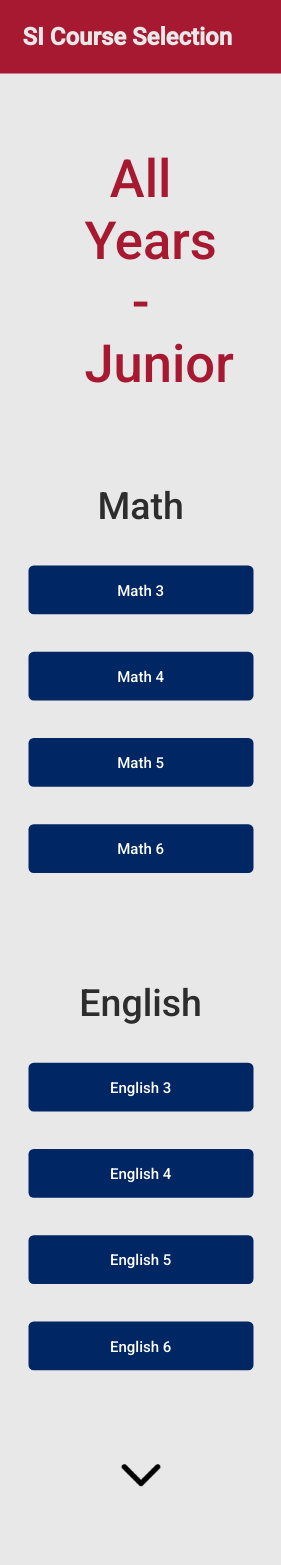
Repository: BuddyBob/si_course_selection
Page: /#/yearFour
These files come from the project's save history. The page is drawn as it stood at one moment and after the next save; the edit follows.
The browser window is 375 px wide. The pictures show the whole page, at 75% of full size.
The project was rebuilt for these pictures with package versions that can differ from the ones it lists, and the page was loaded fresh each time. Also part of the build but not shown: src/components/CurrentYear.js, src/getLocalStorage.js, src/Home.js, src/components/AllYears/YearOne.js, src/components/AllYears/YearThree.js, src/components/AllYears/YearTwo.js.

Above is the page before, as saved 2023-01-04 09:24:50.

### public/index.html
<!DOCTYPE html>
<html lang="en">
  <head>
    <meta charset="utf-8" />
    <link rel="icon" href="%PUBLIC_URL%/favicon.ico" />
    <meta name="viewport" content="width=device-width, initial-scale=1" />
    <meta name="theme-color" content="#000000" />
    <meta
      name="description"
      content="Web site created using create-react-app"
    />
    <link rel="apple-touch-icon" href="%PUBLIC_URL%/logo192.png" />
    <link rel="manifest" href="%PUBLIC_URL%/manifest.json" />

    <link rel="preconnect" href="https://fonts.googleapis.com">
    <link rel="preconnect" href="https://fonts.gstatic.com" crossorigin>
    <link href="https://fonts.googleapis.com/css2?family=Open+Sans:wght@300;400&family=Roboto:wght@500&display=swap" rel="stylesheet">
    <title>React App</title>
  </head>
  <body>
    <noscript>You need to enable JavaScript to run this app.</noscript>
    <div id="root"></div>

  </body>
</html>

### src/index.js
import App from './App';
import React from 'react';
import ReactDOM from 'react-dom';
import { HashRouter as Router } from 'react-router-dom';

ReactDOM.render(<Router>< App /></Router>, document.getElementById("root"));

### src/App.js
import './index.css'

import {
    Route,
    Routes,
} from "react-router-dom";

import CurrentYear from "./components/CurrentYear";
import Home from "./Home";
import YearFour from "./components/AllYears/YearFour";
import YearOne from "./components/AllYears/YearOne";
import YearThree from "./components/AllYears/YearThree";
import YearTwo from "./components/AllYears/YearTwo";

export default function App() {
    return (
          <Routes>
            <Route  exact path='/' element={<Home/>} />
            <Route  exact path='/currentYear' element={<CurrentYear/>} />
            <Route  exact path='/yearOne' element={<YearOne/>} />
            <Route  exact path='/yearTwo' element={<YearTwo/>} />
            <Route  exact path='/yearThree' element={<YearThree/>} />
            <Route  exact path='/yearFour' element={<YearFour/>} />
          </Routes>
    );
  }

### src/index.css
:root {
  --background:#e8e8e8;
  --main:#002664;
  --secondary:#A61930;
  --highlight:#2D2D2D;
  --text:#2D2D2D;
}

*{
  padding: 0;
  margin: 0;
  box-sizing: border-box;
  cursor: default;
  font-family: 'Open Sans', sans-serif;
  font-family: 'Roboto', sans-serif;
}

body{
  background: var(--background);
  overflow-x: hidden;
}


.main-container{
/* center */
  display: flex;
  flex-direction: column;
  justify-content: center;
  align-items: center;
  width: 100%;
  height: 100%;
  margin: auto;
}

.sub-container{
  display: flex;
  flex-direction: row;
}



.title{
  font-style: normal;
  font-size: 90px;
  color: var(--secondary);
  font-weight: 500px;
  /* center text to page; */
  margin: auto;
  width: 50%;
  text-align: center;
  position: relative;
  top: 100px;


}

@media screen and (max-width: 1150px) {
  .sub-container{
    flex-direction: column;
  }
  .title{
    font-size: 60px;
    width: 80%;
    text-align: center;
  }

}

select {
  border: #002664 1px solid;
  border-radius: 7px;
  background: #002664;
  width: 300px;
  height: 80px;/*Width of select dropdown to give space for arrow image*/
  color: #FFF;
  text-align: center;
  font-size: 25px;
  font-weight: 20px;
  margin: 50px;

}


.pg1dd{
  display: flex;
  flex-direction: column;
  justify-content: center;
  align-items: center;
  width: 100%;
  height: 100%;
  margin: auto;
  position: relative;
  top: 200px;

}



.arrow1{

  /* center content */
  display: flex;
  flex-direction: column;
  justify-content: center;
  align-items: center;
  position: relative;
  top: 100px

}


.arrow1:hover{
  animation: arrow1 1s infinite;
  color: var(--secondary);
  cursor: pointer;
}

.bounce {
  animation: bounce 3s infinite;
}

@keyframes bounce {
  0%, 20%, 50%, 80%, 100% {
      -moz-transform: translateY(0);
      -ms-transform: translateY(0);
      -webkit-transform: translateY(0);
      transform: translateY(0);
    }
    40% {
      -moz-transform: translateY(-10px);
      -ms-transform: translateY(-10px);
      -webkit-transform: translateY(-10px);
      transform: translateY(-10px);
    }
    40% {
      -moz-transform: translateY(-30px);
      -ms-transform: translateY(-30px);
      -webkit-transform: translateY(-30px);
      transform: translateY(-30px);
    }
    60% {
      -moz-transform: translateY(-15px);
      -ms-transform: translateY(-15px);
      -webkit-transform: translateY(-15px);
      transform: translateY(-15px);
    }
}

### src/components/AllYears/YearFour.js
import '../courseSelection.css'

import React, {useEffect, useState} from 'react'

import arrow from '../../assets/Arrow 5.png'
import courseData from '../../assets/courses.json'
import { useNavigate } from "react-router-dom";

export default function YearFour() {
  let navigate = useNavigate();
  const [grade, setGrade] = useState(localStorage.getItem('grade'));
  let grades = Object.keys(courseData)
  let nextGrade = grades[Object.keys(courseData).indexOf(grade)+3]
  let subjects = courseData[nextGrade].subjects
  let courses = courseData[nextGrade].classes



function courseSelect(e) {
  let userCourse = e.target.innerHTML
  let userSubject = e.target.value


}

function nextPage() {
    //year four is last year
    navigate("/ThisIsTheResultsPage");
}

    return (
    <div>
        <div className="Headers">
          <div className="Nav">
            <h1 className="navCourseSelect" >SI Course Selection</h1>
          </div>
          <h1 className="titleCourseSelect" >All Years - {nextGrade} </h1>
        </div>

        <div className="courseSelect">
          {subjects.map((subject, index) => (
            <div key={index}>
              <h2 className="subject">{subject}</h2>
              <div className="courses">
              {courses[subject].map((course, index) => (
                <div key={index}>
                    <button value={subject} className="course_btn" onClick={(e) => courseSelect(e)}>{course}</button>
                </div>
              ))}
              </div>
            </div>
          ))}
            <input type="image" src={arrow} alt="arrow2" className="arrow2 bounce2" onClick={() => nextPage()}/>
        </div>

    </div>
  )
}

### src/components/courseSelection.css
:root {
    --background:#e8e8e8;
    --main:#002664;
    --secondary:#A61930;
    --highlight:#2D2D2D;
    --text:#2D2D2D;
  }

.Nav{
  background-color: var(--secondary);
  padding: 30px;
}
.navCourseSelect{
  color: var(--background);
  font-weight: 100px;

}
.titleCourseSelect{
    font-style: normal;
    font-size: 70px;
    font-weight: 400;
    color: var(--secondary);

    /* center text to page; */
    margin: auto;
    width: 40%;
    text-align: center;

    position: relative;
    top: 100px;


}


.courseSelect{
    position: relative;
    top: 200px;
    margin: auto;
    text-align: center;
}
.subject{
    color: var(--text);
    margin: auto;
    text-align: center;
    font-size: 50px;
    font-weight:200;
    padding-top: 20px;

  }

  .courses{
    position: relative;
    margin-bottom: 100px;
    margin-top:25px;

  }

.course_btn{
    border: #002664 0px solid;
    border-radius: 7px;
    background: #002664;
    width: 300px;
    height: 65px;/*Width of select dropdown to give space for arrow image*/
    color: #FFF;
    text-align: center;
    font-size: 20px;
    font-weight: 30px;
    margin: 25px;
}

.course_btn:hover{
    background: var(--secondary);
    color: #FFF;
    cursor: pointer;
}

.course_btn_selected{
  background: #A61930;
  color: #FFF;
  cursor: pointer;
}

.arrow2{
  justify-content: center;
  align-items: center;
  position: relative;
  top: 0px;
  right: 0%;
  margin-bottom:100px;
}


.arrow2:hover{
  animation: arrow1 1s infinite;
  color: var(--secondary);
  cursor: pointer;
}

.bounce2 {
  animation: bounce 3s infinite;
}

@keyframes bounce2 {
  0%, 20%, 50%, 80%, 100% {
      -moz-transform: translateY(0);
      -ms-transform: translateY(0);
      -webkit-transform: translateY(0);
      transform: translateY(0);
    }
    40% {
      -moz-transform: translateY(-10px);
      -ms-transform: translateY(-10px);
      -webkit-transform: translateY(-10px);
      transform: translateY(-10px);
    }
    40% {
      -moz-transform: translateY(-30px);
      -ms-transform: translateY(-30px);
      -webkit-transform: translateY(-30px);
      transform: translateY(-30px);
    }
    60% {
      -moz-transform: translateY(-15px);
      -ms-transform: translateY(-15px);
      -webkit-transform: translateY(-15px);
      transform: translateY(-15px);
    }
}

### src/assets/courses.json
{
    "Freshman":{
        "subjects":[
            "Math",
            "English"
        ]
        ,
        "classes":{
            "Math":[
                "Math 1",
                "Math 2",
                "Math 3",
                "Math 4"
            ],
            "English":[
                "English 1",
                "English 2",
                "English 3",
                "English 4"
            ]

        }
    },
    "Sophomore":{
        "subjects":[
            "Math",
            "English"
        ]
        ,
        "classes":{
            "Math":[
                "Math 2",
                "Math 3",
                "Math 4",
                "Math 5"
            ],
            "English":[
                "English 2",
                "English 3",
                "English 4",
                "English 5"
            ]

        }
    }
    ,
    "Junior":{
        "subjects":[
            "Math",
            "English"
        ]
        ,
        "classes":{
            "Math":[
                "Math 3",
                "Math 4",
                "Math 5",
                "Math 6"
            ],
            "English":[
                "English 3",
                "English 4",
                "English 5",
                "English 6"
            ]

        }
    },
    "Senior":{
        "subjects":[
            "Math",
            "English"
        ]
        ,
        "classes":{
            "Math":[
                "Math 4",
                "Math 5"
            ],
            "English":[
                "English 4",
                "English 5",
                "English 6"
            ]

        }
    }
}

After the next save:
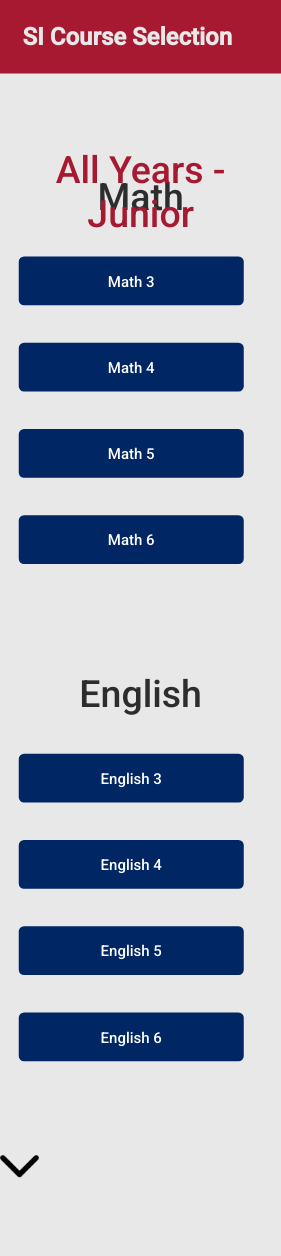
Saved 23 min 8 s later.
--- a/src/components/courseSelection.css
+++ b/src/components/courseSelection.css
@@ -29,6 +29,15 @@
     position: relative;
     top: 100px;
 
+
+}
+
+@media screen and (max-width: 600px) {
+  .titleCourseSelect{
+    font-size: 50px;
+    width: 80%;
+  }
+}
 
 }
 
